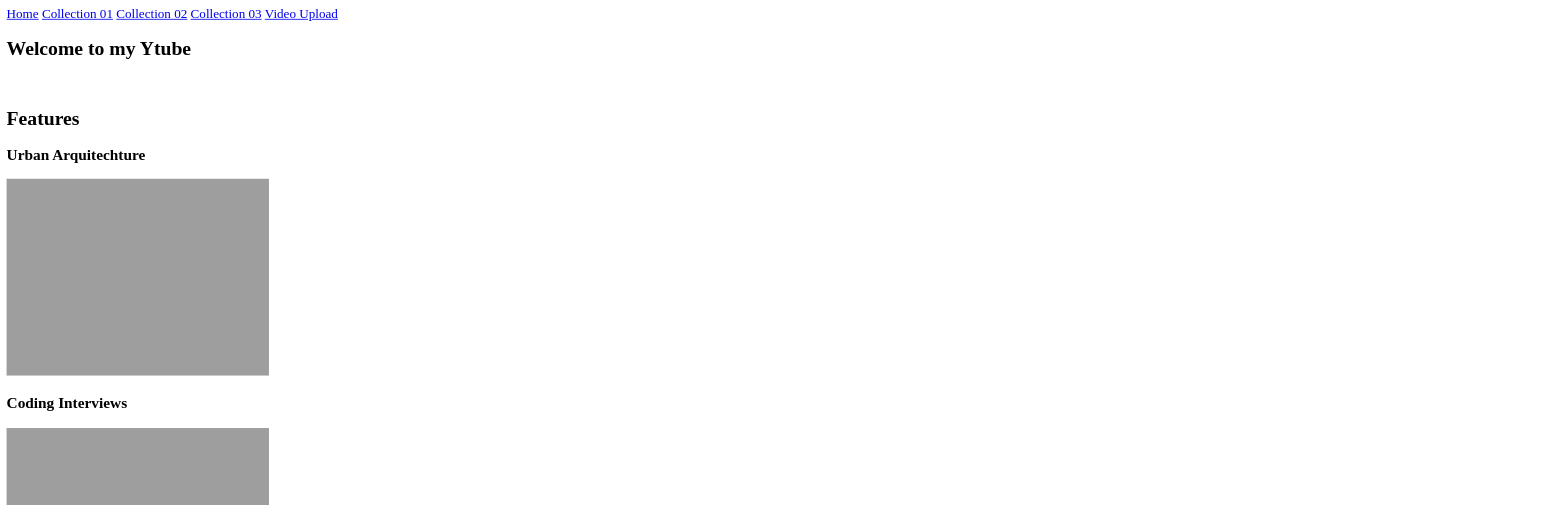
Repository: JoaoLemesDEV/Project-MyTube
Page: index.html
An editor plug-in stored every save of this project. The page is shown before and after a run of saves, followed by the edit.
The browser window is 1280 px wide. The page is 1912 px wide, so the pictures cover 1912 px, including what lies to the right of the window. The pictures show the part of the page from y = 0 to 616 px (the page is 1684 px tall before and 1680 px after), at 82% of full size.
Pictures or frames that could not be fetched are drawn as grey boxes.

Above is the page before, as saved 2021-10-10 20:58:51.

After the next 4 saves:
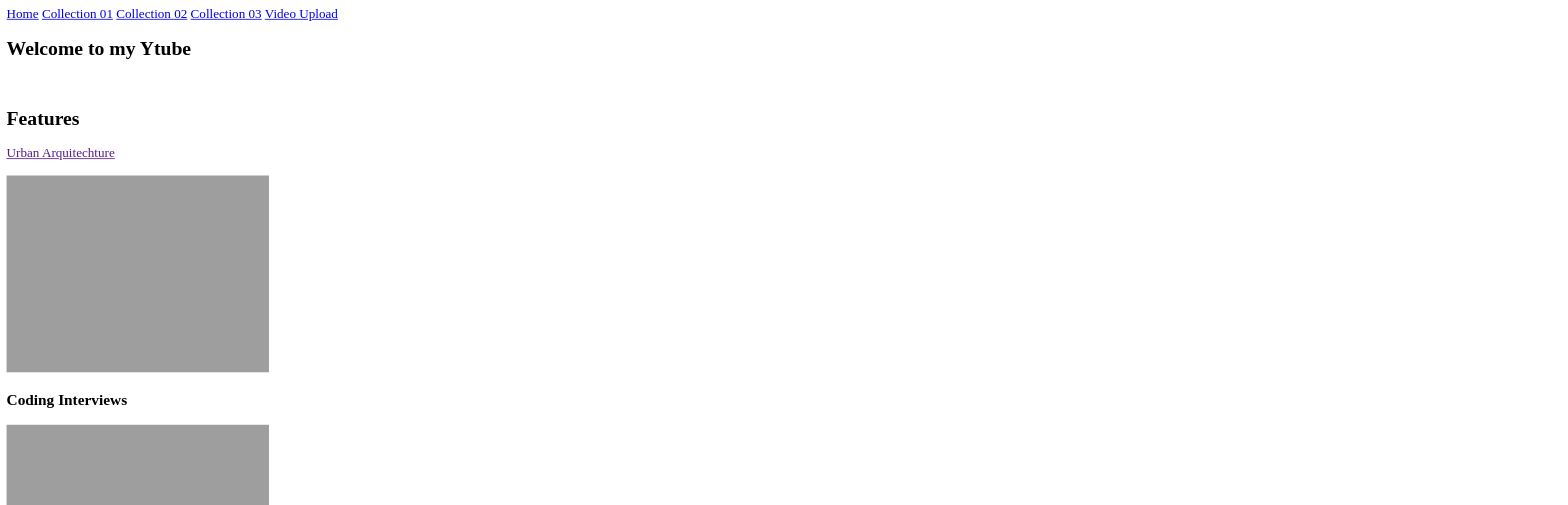
The 4 saves are shown as one change because they came seconds apart.
The last was saved 16 s later.
--- a/index.html
+++ b/index.html
@@ -22,7 +22,8 @@
   <br><h2>Features</h2>
 
   <section id="collection01">
-    <h3>Urban Arquitechture</h3>
+    <a href="">Urban Arquitechture</a>
+    <h3></h3>
     <iframe width="320" height="240" src="https://www.youtube.com/embed/vxWjtpzCIfA" title="YouTube video player" frameborder="0" allow="accelerometer; autoplay; clipboard-write; encrypted-media; gyroscope; picture-in-picture"></iframe>
     <h3>Coding Interviews</h3>
     <iframe width="320" height="240" src="https://www.youtube.com/embed/r1MXwyiGi_U" title="YouTube video player" frameborder="0" allow="accelerometer; autoplay; clipboard-write; encrypted-media; gyroscope; picture-in-picture"></iframe>
